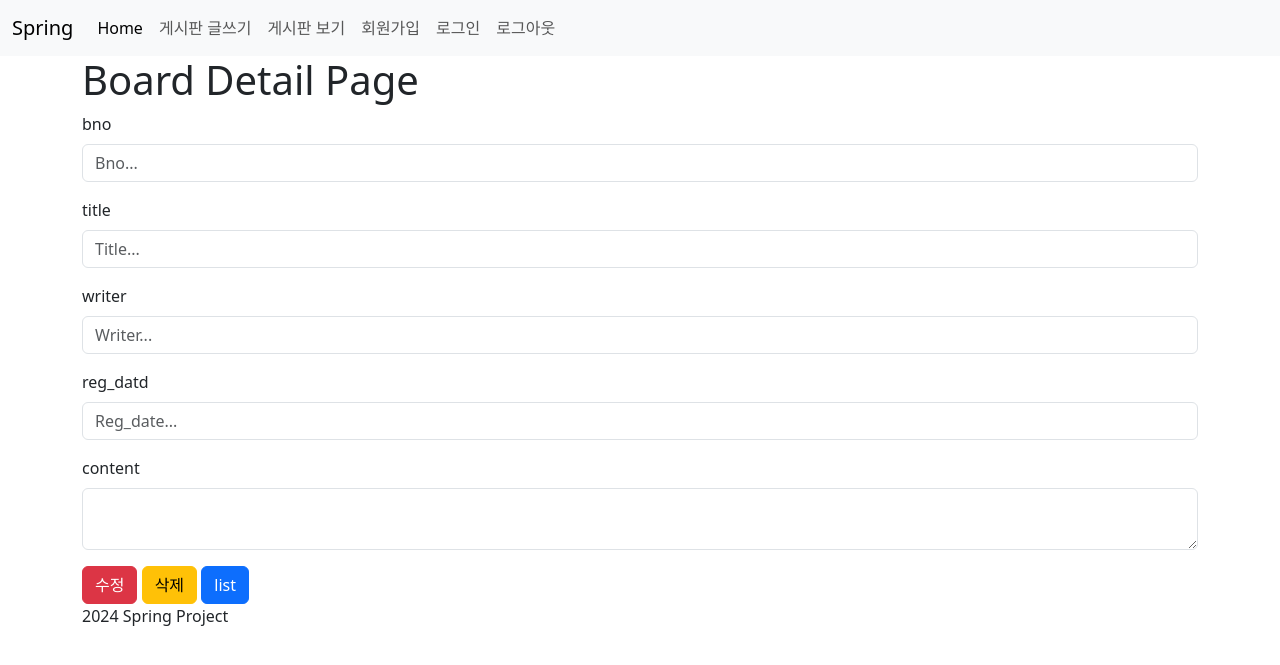
Repository: havanara/240423_SPRING_Project
Page: http://localhost/spring_study/WEB-INF/views/board/modify.jsp
An editor plug-in stored every save of this project. The page is shown before and after the next save, followed by the edit.
The browser window is 1280 px wide. The pictures show the whole page.
The page is served by Tomcat 9. Nobody is signed in. The template is opened directly, without the code that normally fills it, so the values that code supplies are empty.

Above is the page before, as saved 2024-04-24 05:56:23.

After the next save:
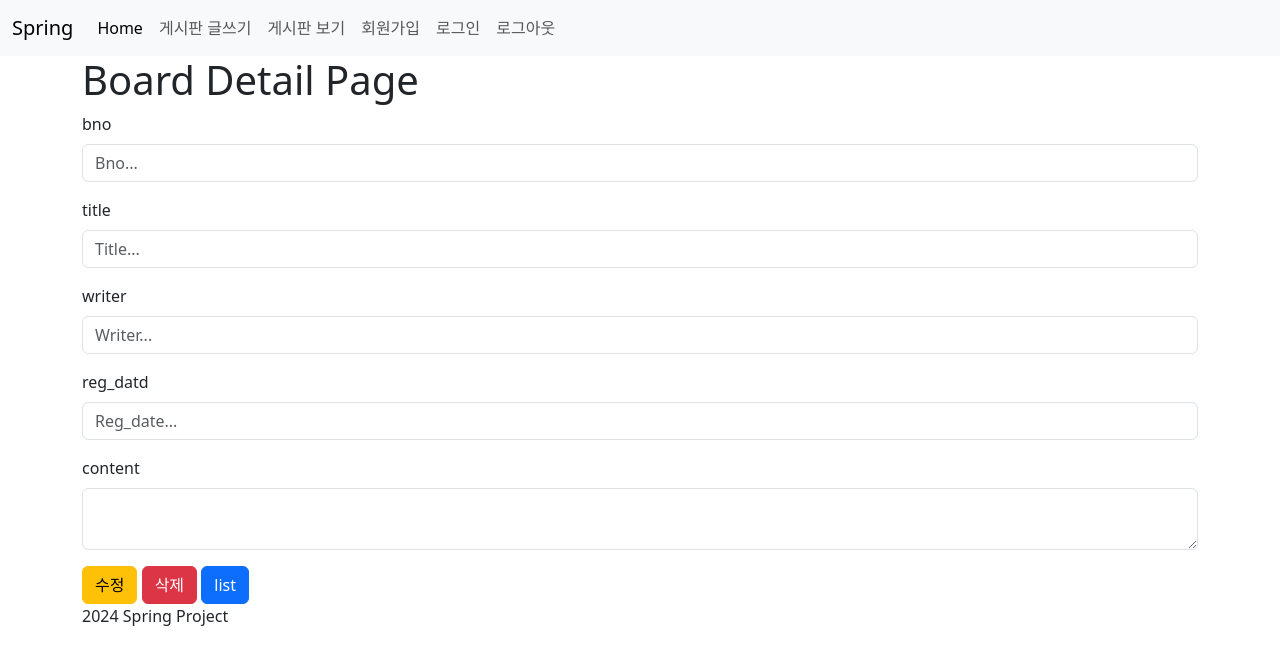
Saved 28 s later.
--- a/spring_study/src/main/webapp/WEB-INF/views/board/modify.jsp
+++ b/spring_study/src/main/webapp/WEB-INF/views/board/modify.jsp
@@ -25,8 +25,8 @@
 	  <label for="c" class="form-label">content</label>
 	  <textarea class="form-control" name="content" id="c" aria-label="With textarea">${bvo.content }</textarea>
 	</div>
-	<a><button type="button" class="btn btn-danger">수정</button></a>
-	<a><button type="button" class="btn btn-warning">삭제</button></a>
+	<a><button type="button" class="btn btn-warning">수정</button></a>
+	<a><button type="button" class="btn btn-danger">삭제</button></a>
 	<a><button type="button" class="btn btn-primary">list</button></a>
 </div>
 
